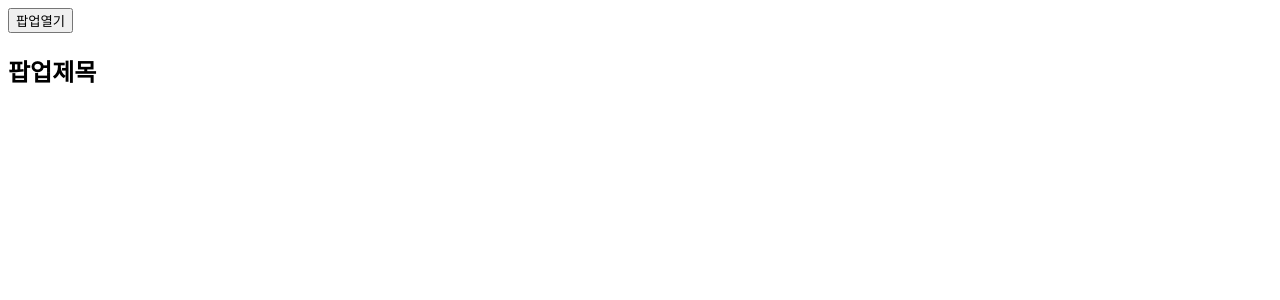
Repository: minagil/accessibility
Page: dialog.html
The author's editor kept a copy of each file at every save. The page is drawn from the files as they stood at one save, then again after the next save.
The browser window is 1280 px wide. The pictures show the whole page.

Above is the page before, as saved 2023-08-13 08:04:08.

After the next save:
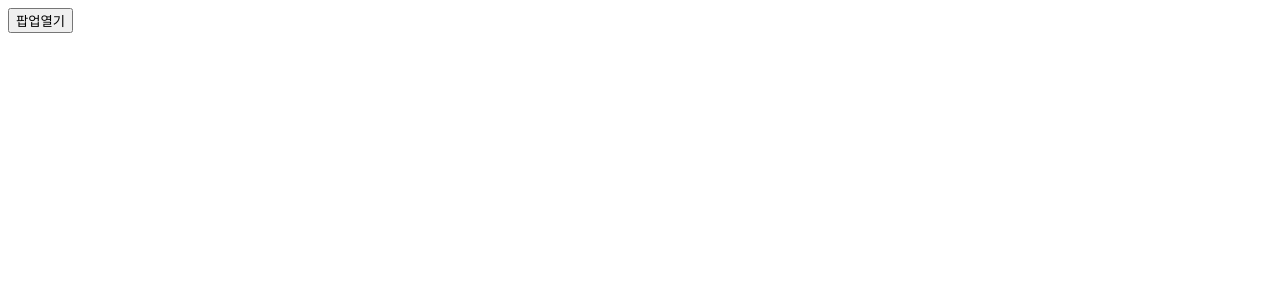
Saved 19 s later.
--- a/dialog.html
+++ b/dialog.html
@@ -8,7 +8,7 @@
 <body>
   <button class="btn-open">팝업열기</button>
   <div class="dialog">
-    <h2 class="dialog-title">팝업제목</h2>
+    <div class="dialog-wrap"
   </div>
 </body>
 </html>
